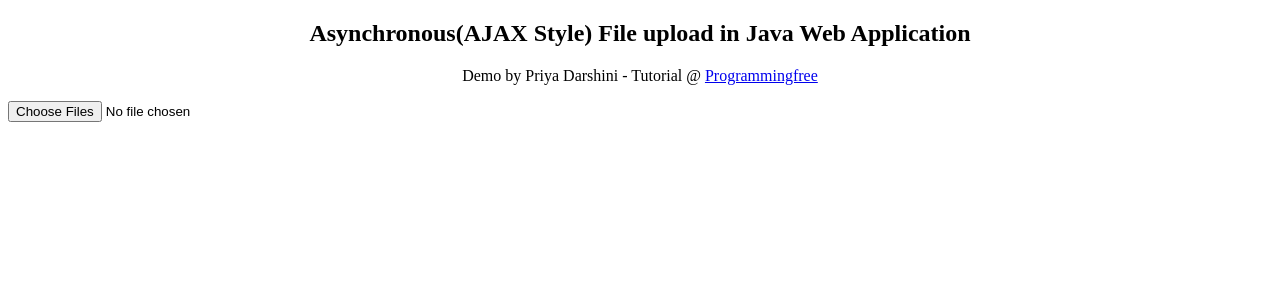
Repository: UnforgivenZZZ/bulldog
Page: http://localhost/bulldog/up.jsp
An editor plug-in stored every save of this project. The page is shown before and after the next save, followed by the edit.
The browser window is 1280 px wide. The pictures show the whole page.
The page is served by Tomcat 9. Other server files are loaded and not shown.

Above is the page before, as saved 2017-07-18 21:00:38.

### bulldog/WebContent/up.jsp
<%@ page language="java" contentType="text/html; charset=ISO-8859-1"
    pageEncoding="ISO-8859-1"%>
<!DOCTYPE html PUBLIC "-//W3C//DTD HTML 4.01 Transitional//EN" "http://www.w3.org/TR/html4/loose.dtd">
<html>
<head>
<meta http-equiv="Content-Type" content="text/html; charset=ISO-8859-1">
<title>Upload page</title>
</head>
<body>
<form>
<div class="centered">
 <h2 style="text-align:center;">Asynchronous(AJAX Style) File upload in Java Web Application</h2>
 <p style="text-align:center;">Demo by Priya Darshini - Tutorial @ <a href="http://www.programming-free.com/2013/06/ajax-file-upload-java-iframe.html">Programmingfree</a></p>
 <input type="file" name="datafile" multiple/><br/>
 <div id="upload" style="display:none;">Uploading..</div>
</div>
</form>



<script src="/bulldog/js/jquery-1.8.2.js"></script>
<script src="/bulldog/js/jquery.ajaxfileupload.js"></script>
<script language="Javascript">
$(document).ready(function(){
	 $('input[type="file"]').ajaxfileupload({
	      'action': 'upload',
	  'onComplete': function(response) {
	        $('#upload').hide();
	        alert("File SAVED!!");
	      },
	      'onStart': function() {
	        $('#upload').show();
	      }
	 });
});
</script>
</body>

</html>

Loaded but not shown: bulldog/WebContent/js/jquery-1.8.2.js (library); bulldog/WebContent/js/jquery.ajaxfileupload.js (library)

After the next save:
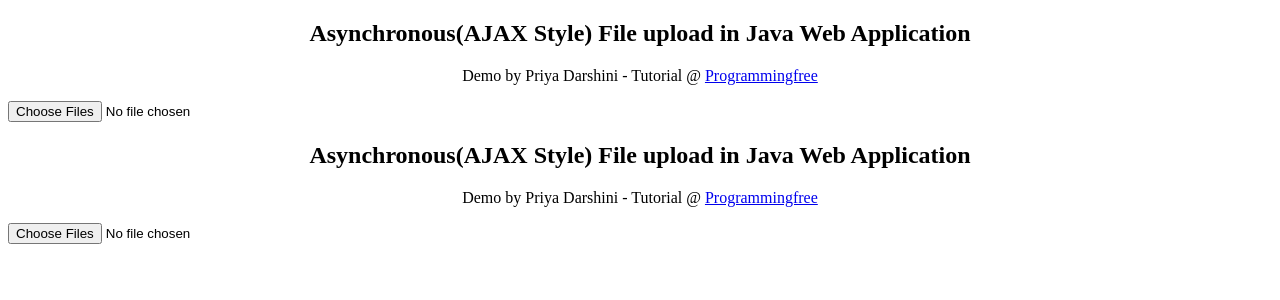
Saved 25 min 30 s later.
--- a/bulldog/WebContent/up.jsp
+++ b/bulldog/WebContent/up.jsp
@@ -8,6 +8,15 @@
 </head>
 <body>
 <form>
+<div class="centered">
+ <h2 style="text-align:center;">Asynchronous(AJAX Style) File upload in Java Web Application</h2>
+ <p style="text-align:center;">Demo by Priya Darshini - Tutorial @ <a href="http://www.programming-free.com/2013/06/ajax-file-upload-java-iframe.html">Programmingfree</a></p>
+ <input type="file" name="datafile" multiple/><br/>
+ <div id="upload" style="display:none;">Uploading..</div>
+</div>
+</form>
+
+<form id="f2">
 <div class="centered">
  <h2 style="text-align:center;">Asynchronous(AJAX Style) File upload in Java Web Application</h2>
  <p style="text-align:center;">Demo by Priya Darshini - Tutorial @ <a href="http://www.programming-free.com/2013/06/ajax-file-upload-java-iframe.html">Programmingfree</a></p>
@@ -29,7 +38,7 @@
 	        alert("File SAVED!!");
 	      },
 	      'onStart': function() {
-	        $('#upload').show();
+	        $('#f2').show();
 	      }
 	 });
 });

After the save that followed:
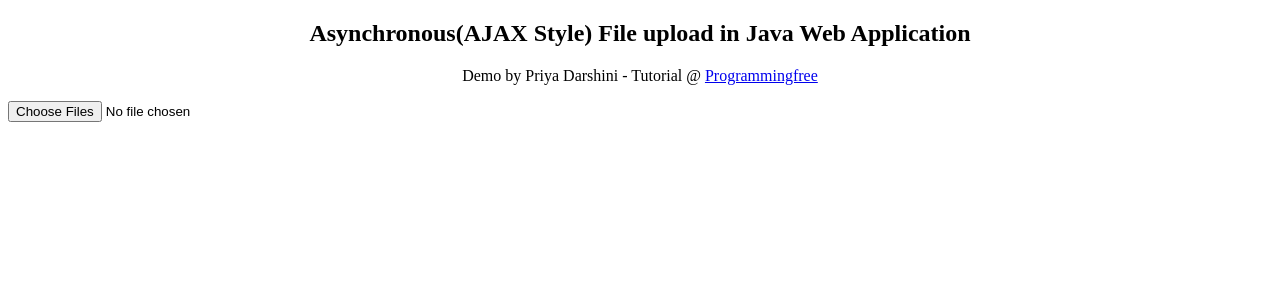
Saved 31 s later.
--- a/bulldog/WebContent/up.jsp
+++ b/bulldog/WebContent/up.jsp
@@ -16,7 +16,7 @@
 </div>
 </form>
 
-<form id="f2">
+<form id="f2" style="display:none;">
 <div class="centered">
  <h2 style="text-align:center;">Asynchronous(AJAX Style) File upload in Java Web Application</h2>
  <p style="text-align:center;">Demo by Priya Darshini - Tutorial @ <a href="http://www.programming-free.com/2013/06/ajax-file-upload-java-iframe.html">Programmingfree</a></p>
